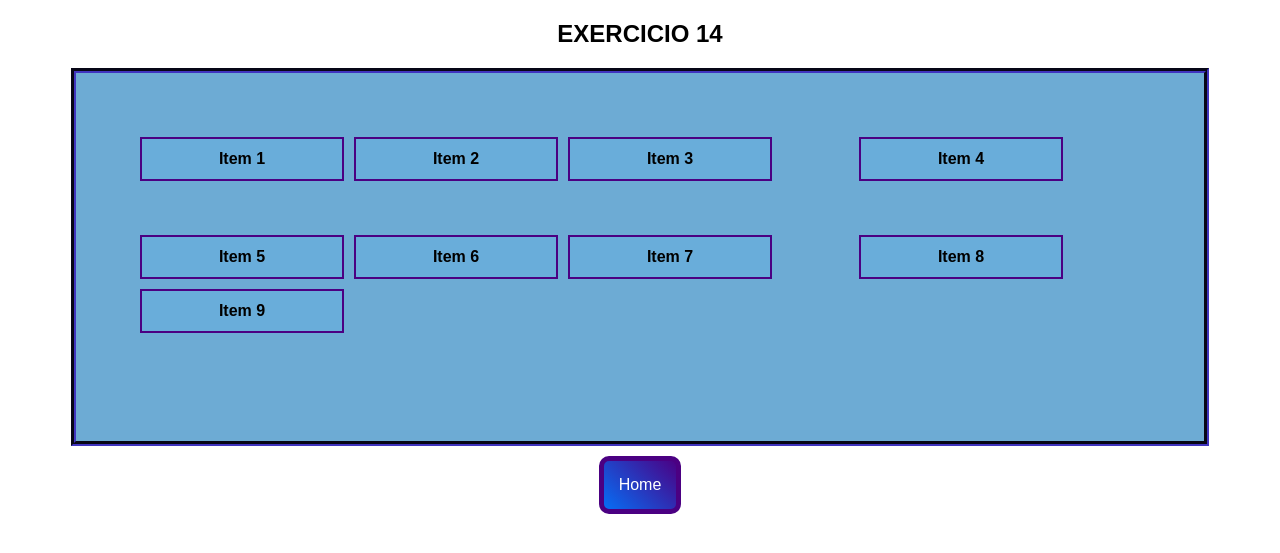
Repository: Elianmrey/TP1-Mobile-First
Page: EXERCISES/EX_14/index.html
These files come from the project's save history. The page is drawn as it stood at one moment and after a run of saves; the edit follows.
The browser window is 1280 px wide. The pictures show the whole page.

Above is the page before, as saved 2024-08-05 16:57:13.

After the next 2 saves:
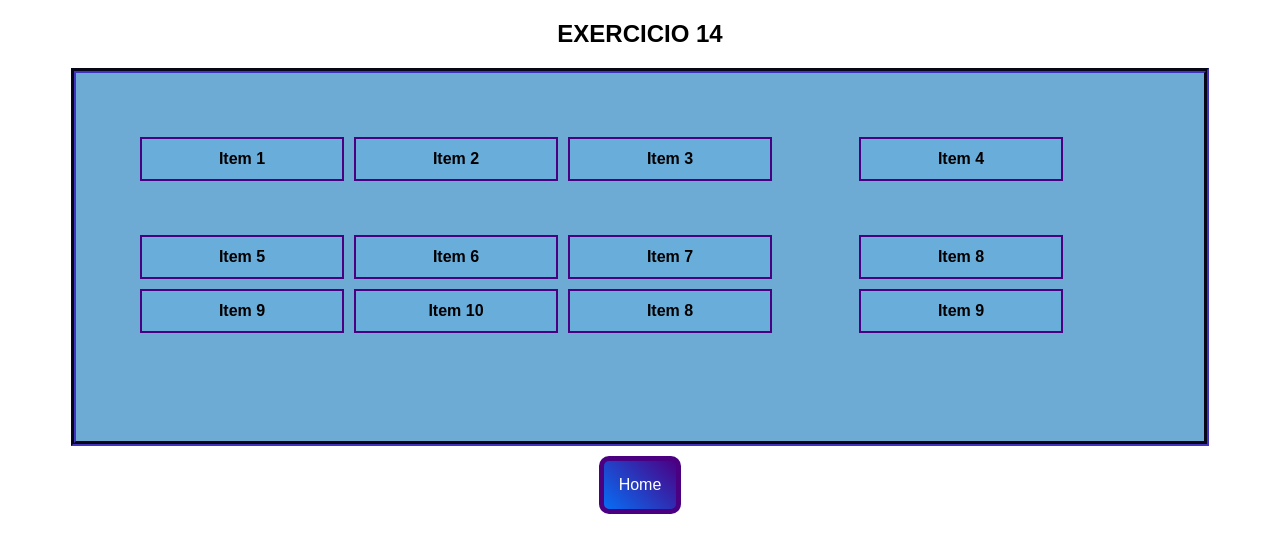
The 2 saves are shown as one change because they came seconds apart.
The last was saved 15 s later.
--- a/EXERCISES/EX_14/index.html
+++ b/EXERCISES/EX_14/index.html
@@ -28,6 +28,10 @@
       <div class="item">Item 8 </div>
       <div class="item">Item 9 </div>
 
+      <div class="item">Item 10</div>
+      <div class="item">Item 8 </div>
+      <div class="item">Item 9 </div>
+
 </div>
 
   <a href="../../index.html" class="link-home">Home</a>
